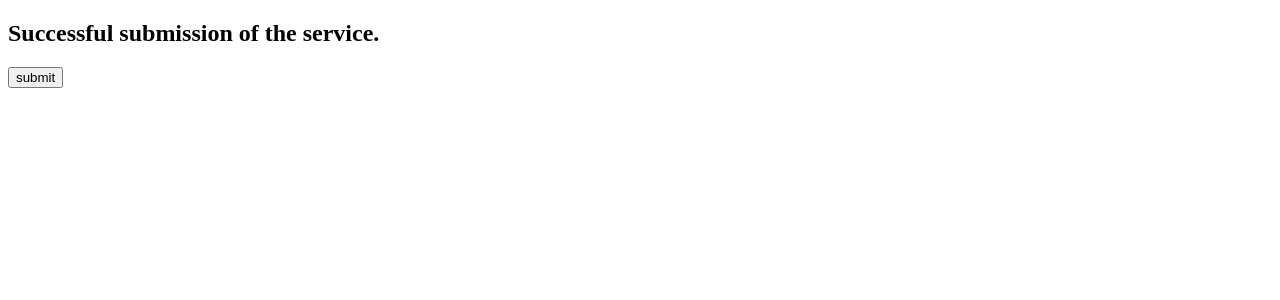
Repository: jamodi/git-tutorial
Page: http://localhost/com.sd.service1/confirmation.jsp
An editor plug-in stored every save of this project. The page is shown before and after the next save, followed by the edit.
The browser window is 1280 px wide. The pictures show the whole page.
The page is served by Tomcat 9.

Above is the page before, as saved 2014-05-02 07:05:10.

After the next save:
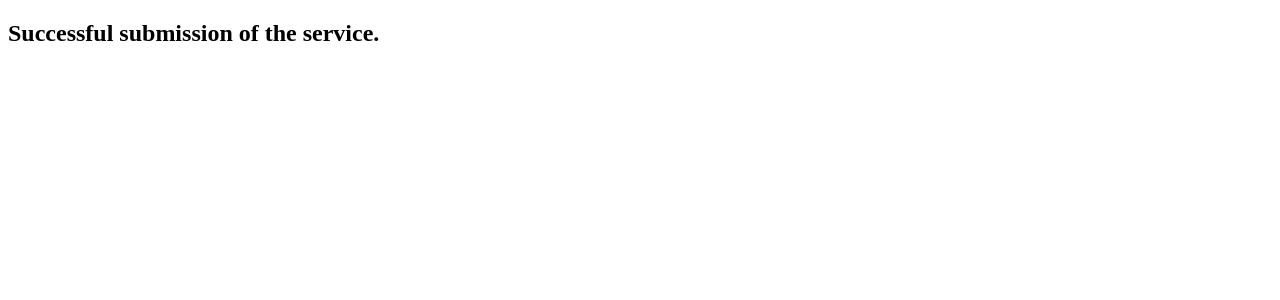
Saved 24 s later.
--- a/SD Project/com.sd.service1/WebContent/confirmation.jsp
+++ b/SD Project/com.sd.service1/WebContent/confirmation.jsp
@@ -9,9 +9,7 @@
 <body>
 <div id="confirmation">
 <h2> Successful submission of the service.</h2>
-<form method="post" action="<%=request.getContextPath() %>/confirm">
-<input type="submit" value="submit" class="button"></input>
-</form>
+
 </div>
 </body>
 </html>
